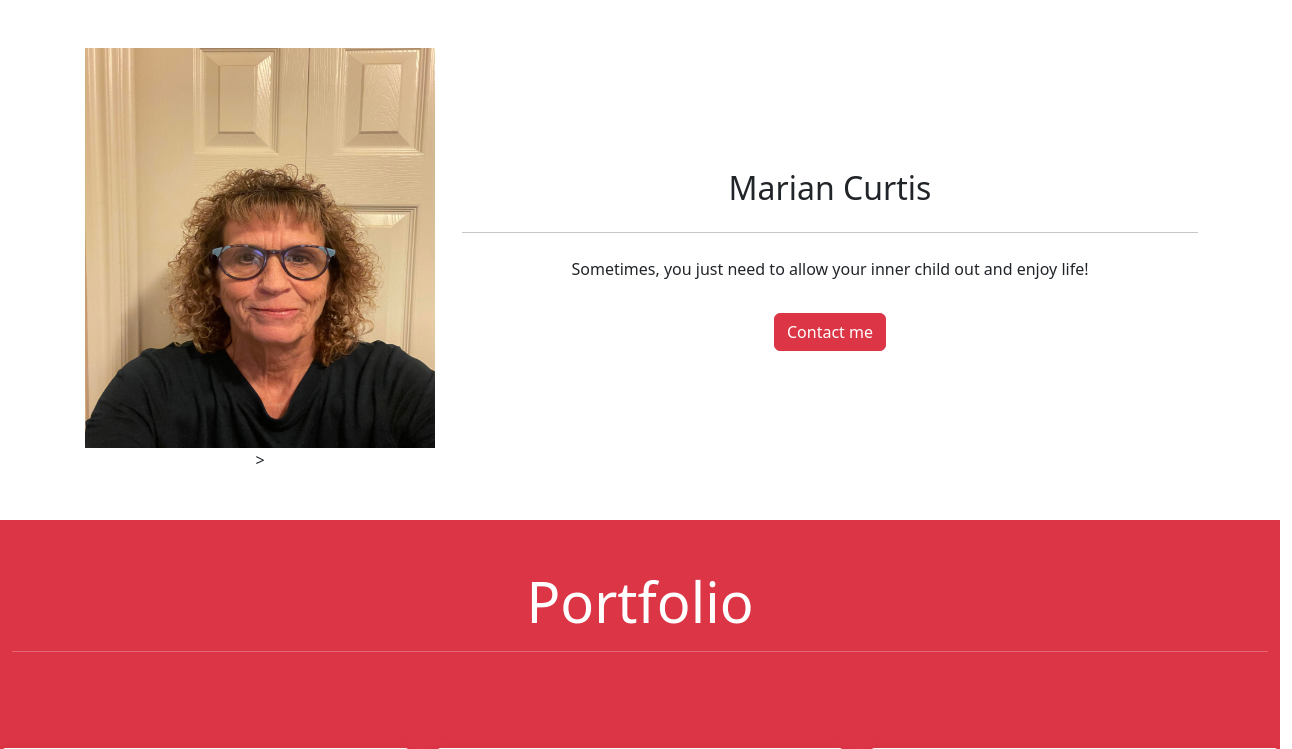
Repository: MarianCurtis/PHP-week3
Page: http://localhost/week4/newresume2.php
An editor plug-in stored every save of this project. The page is shown before and after a run of saves, followed by the edit.
The browser window is 1280 px wide. The page is 1292 px wide, so the pictures cover 1292 px, including what lies to the right of the window. The pictures show the part of the page from y = 1112 to 1861 px (the page is 3178 px tall).
Pictures or frames that could not be fetched are drawn as grey boxes. The page is run by PHP 8.4 with error messages shown; the project is at /var/www/html/.

Above is the page before, as saved 2023-03-16 18:03:07.

After the next 3 saves:
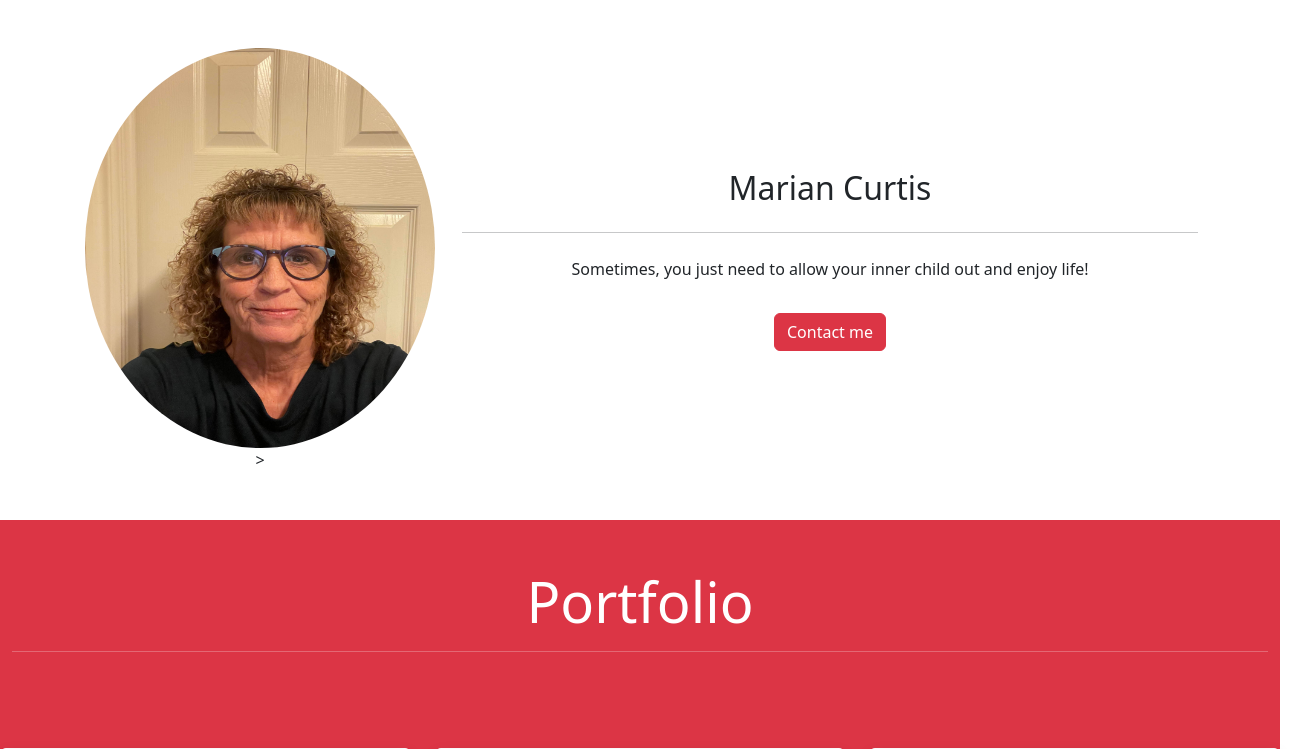
The 3 saves are shown as one change because they came seconds apart.
The last was saved 11 s later.
--- a/week4/style3.css
+++ b/week4/style3.css
@@ -10,7 +10,9 @@
   .text-right{
     text-align: right;
   }
-  .navbar-expand-md .navbar
+  .navbar-expand-md .navbar-nav {
+    flex
+  }
   #about img {
     border-radius: 50%;
   }
